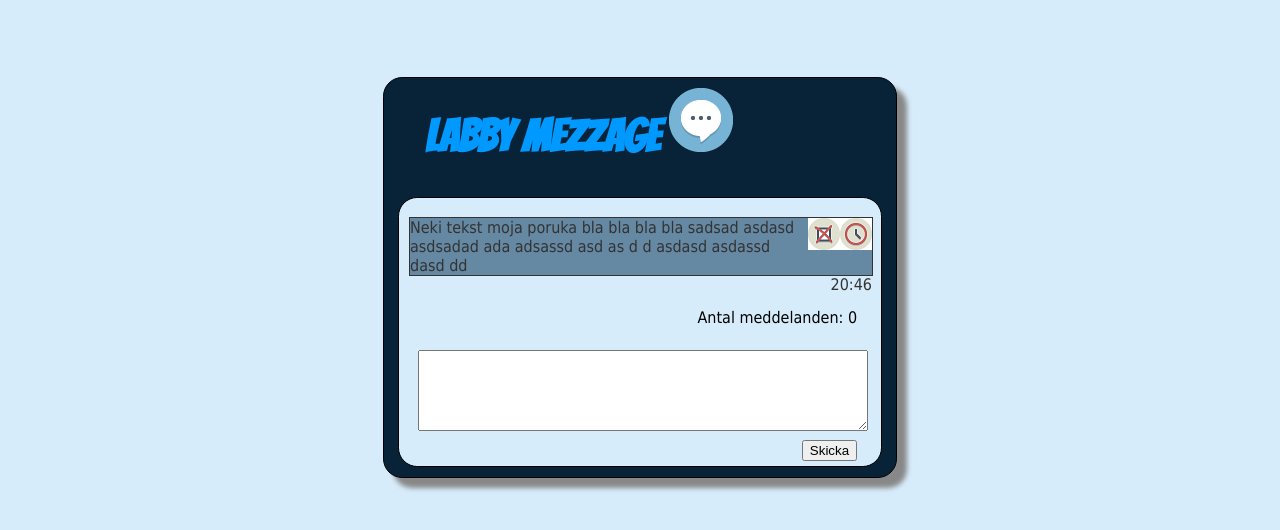
Repository: jb223cp/1dv403-laborationer
Page: 2-labbymezzage/index.html
The author's editor kept a record of every edit. The page is drawn from the files as they stood at one moment, then again after the next edit.
The browser window is 1280 px wide. The pictures show the whole page.

Above is the page before.
Console error: ReferenceError: Message is not defined

After the next edit:
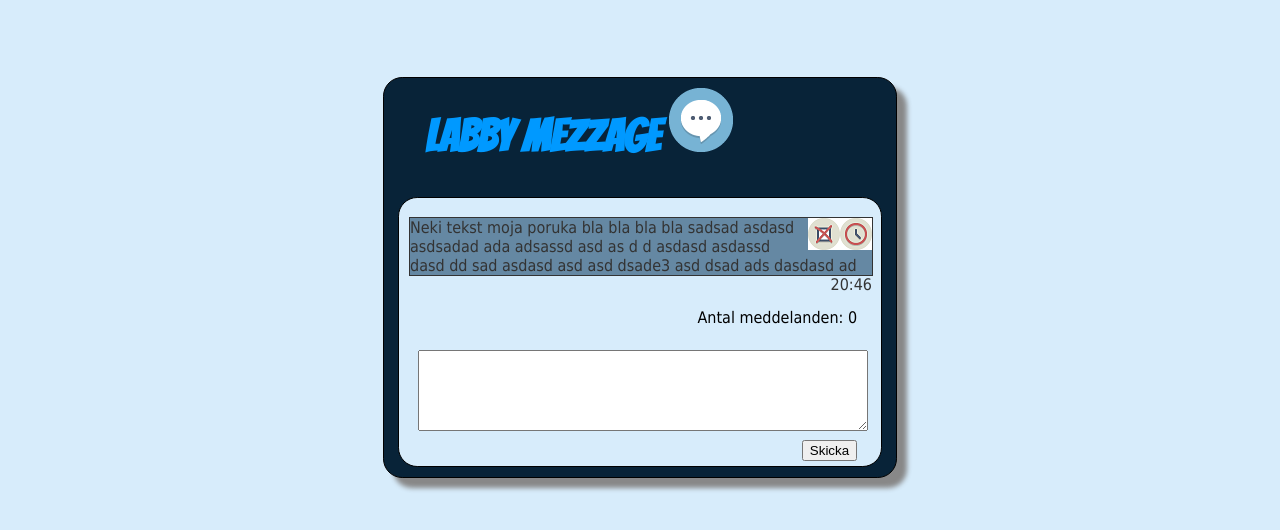
The edit:
--- a/2-labbymezzage/index.html
+++ b/2-labbymezzage/index.html
@@ -17,8 +17,8 @@
                     <p><img class="icons" src="pics/clock.png" alt="show time when message is published"></p>
                     <p><img class="icons" src="pics/x.png" alt="delete message"></p>
 
-                    <p>Neki tekst moja poruka bla bla bla bla sadsad asdasd asdsadad ada adsassd asd as  d d asdasd asdassd dasd dd</p>
-                    <p><time>20:46</time></p>
+                    <p>Neki tekst moja poruka bla bla bla bla sadsad asdasd asdsadad ada adsassd asd as  d d asdasd asdassd dasd dd sad asdasd asd asd  dsade3 asd dsad ads dasdasd ad<time>20:46</time></p>
+
 
 
                 </article>
